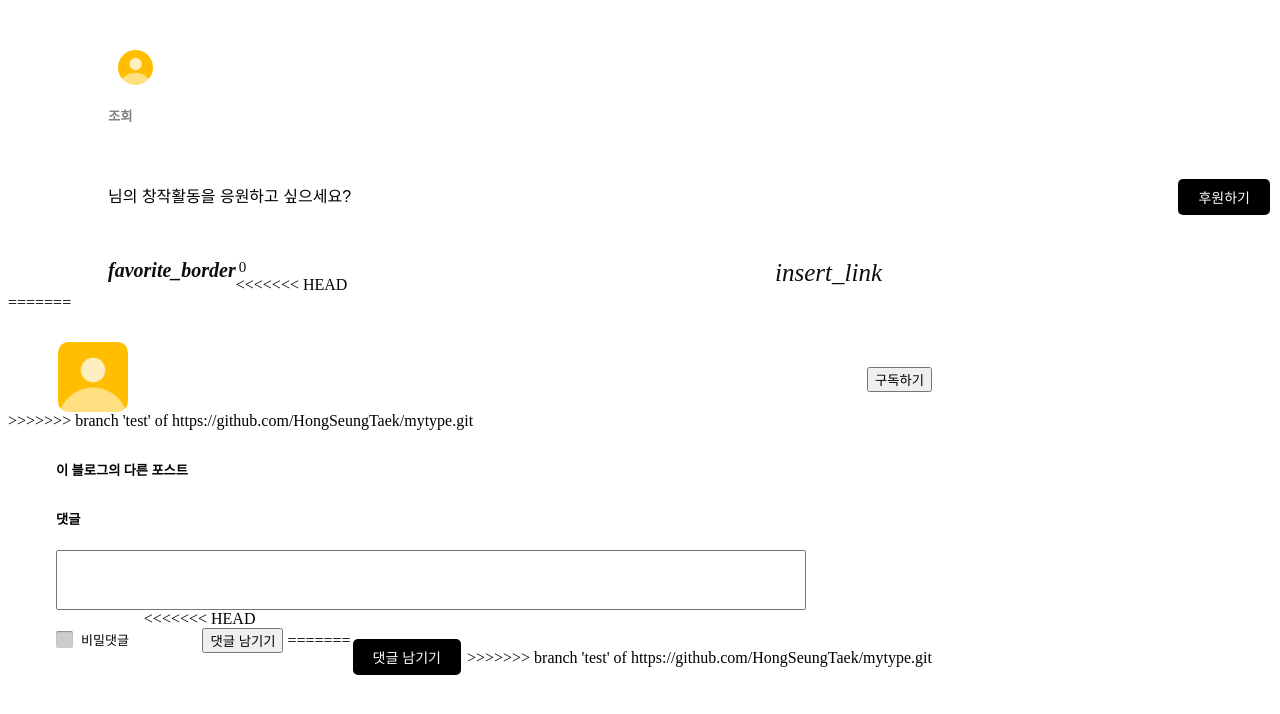
Repository: tiasilrans/N_Mytype
Page: http://localhost/workProject/WEB-INF/view/blog/post/postView.jsp
The author's editor kept a copy of each file at every save. The page is drawn from the files as they stood at one save, then again after the next save.
The browser window is 1280 px wide. The pictures show the whole page.
The page is served by Tomcat 9. Nobody is signed in. Other server files are loaded and not shown. The template is opened directly, without the code that normally fills it, so the values that code supplies are empty.

Above is the page before, as saved 2017-09-18 11:34:52.

### workProject/WebContent/WEB-INF/view/blog/post/postView.jsp
<%@ page language="java" contentType="text/html; charset=UTF-8"
    pageEncoding="UTF-8"%>
<%@ taglib prefix="c" uri="http://java.sun.com/jsp/jstl/core"%>
<link rel="stylesheet" href="/css/postviewcss.css">
<style>
input[type=checkbox] {
	display: none;
}

input[type=checkbox]+label {
	display: inline-block;
	cursor: pointer;
	position: relative;
	padding-left: 25px;
	margin-right: 15px;
	font-size: 13px;
}

input[type=checkbox]+label:before {
	content: "";
	display: inline-block;
	width: 17px;
	height: 17px;
	margin-right: 10px;
	position: absolute;
	left: 0;
	bottom: 1px;
	background-color: #ccc;
	border-radius: 2px;
	box-shadow: inset 0px 1px 1px 0px rgba(0, 0, 0, .3), 0px 1px 0px 0px
		rgba(255, 255, 255, .8);
}

input[type=checkbox]:checked+label:before {
	content: "\2714"; /* 체크모양 */
	text-shadow: 1px 1px 1px rgba(0, 0, 0, .2);
	font-size: 15px;
	font-weight: 800;
	color: #fff;
	background: #1a1a1a;
	text-align: center;
	line-height: 18px;
}
</style>

<div class="content" style="margin-top: 100px; margin-left: 100px; padding: 0px;">
	<div class="container">
		<div class="header">
			<div class="category" style="margin-bottom: 120px; margin-left: 3px;">
				<a style="color: black; font-family: sans-serif;" href="">${post.CATEGORY }</a>
			</div>

			<div style="margin-top: -70px;">
			<h1 class="title" style="font-family: sans-serif; font-weight: bold; color: black;">${post.TITLE }</h1>
			</div>
			<div class="subtitle" style="font-family: sans-serif; color: black; font-size: 18px; margin-left: 3px;">${post.SUBTITLE }</div>
			<div class="profile" style="margin-top: 45px;">
				<div class="media-profile">
                	<div class="media-left" style="margin: 10px;  vertical-align: middle;">
     						<img src="/images/avatar_yellow.png" class="media-object" style="width:45px; border-radius: 30px; width: 35px; height: 35px;">
   					</div>
    				<div class="media-body">
      					<h4 class="media-heading" style="font-family: sans-serif; color: black;">${post.NICKNAME }</h4>
     					<h4 style="font-family: sans-serif; color: #808080;"><small>${post.PDATE }</small> <small>조회 ${post.COUNT }</small></h4>
                	</div>
				</div>
			</div>
		</div>
		<div class="post-content" style="margin-top: 50px; color: black; font-family: sans-serif; font-weight: 700px;">
			<div class="free-content">
				${post.FCONTENT }
			</div>
			<c:choose>
				<c:when test="${post.CCONTENT ne ''}">
					<div class="charged-content">
						${post.CCONTENT }
					</div>
				</c:when>

			</c:choose>
		</div>
		<div class="support" style="display: table; width: 100%;">
			<div class="message" style="display: table-cell; vertical-align: middle; padding-right: .75rem; line-height: 1.25;
			font-family: sans-serif; color: black; font-weight: 800px;">
				${post.nickname }님의 창작활동을 응원하고 싶으세요?

			</div>
			<div style="display: table-cell;">
				<button class="button button1" style="float: right;">후원하기</button>
			</div>
		</div>
		<footer class="post-footer" style="margin-top: 40px;">
		<i class="material-icons" style="font-size: 20px; color: #0d0d0d; float: left; font-weight: bold;">favorite_border</i><span style="margin-left: 3px; color: #0d0d0d; font-size: 15px;">0</span>
		<i class="material-icons" title="링크복사" style="font-size: 25px; color: #0d0d0d; float: right; margin-right: 390px;">insert_link</i>
		</footer>
	</div>
</div>


<!-- 본문 아래 블로그 포스트 목록 * 댓글 -->

<aside class="container aside">
	<!-- 블로그 소개 섹션 -->
	<section class="">
<<<<<<< HEAD
		<div class="body blog-info">
			<div class="media">
				<div class="media-body">
				</div>
			</div>
=======
		<div class="body blog-info" style="margin-bottom: 30px; margin-top: 30px;">
			<div class="media" style="margin-left: 50px;">
				<img src="/images/avatar_yellow.png" style="border-radius: 15%; height: 70px; width: 70px;">
			</div>
			<div class="media-body">

			</div>
			<button class="btn btn-default" style="float: right; margin-right: 340px; margin-top: -45px;">구독하기</button>
>>>>>>> branch 'test' of https://github.com/HongSeungTaek/mytype.git
		</div>
	</section>
	<!-- 블로그 포스트 리스트 섹션 -->
	<section class="">
	<div style="margin-left: 48px; margin-bottom: 30px;">
	<h5>이 블로그의 다른 포스트</h5>
	</div>
	</section>
	<!-- 포스트 댓글 섹션 -->
	<section class="comments">
		<div class="body" style="margin-left: 48px;">
			<h5>댓글</h5>
			<div class="comments" id="comments">
				<form action="">
					<input type="hidden" value="" id="postNum">
					<textarea class="form-control autosize" name="content" id="mention" data-autosize-on="true"
						style="overflow: hidden; word-wrap: break-word; height: 60px; width: 750px; resize: none;"></textarea>
					<div class="clearfix">
	            		<div class="checkbox-wrap" style="float: left; margin-top: 20px;">
		                <input type="checkbox" id="notice" class="checkbox-style"/>
						<label for="notice">비밀댓글</label>
	            		</div>
<<<<<<< HEAD
		            	<div style="float: right;">
		                	<button class="btn btn-primary btn-create-comment">댓글 남기기</button>
=======
		            	<div style="float: right; margin-top: 7px; margin-right: 340px;">
		                	<button class="button button1">댓글 남기기</button>
>>>>>>> branch 'test' of https://github.com/HongSeungTaek/mytype.git
	           			</div>
        			</div>
				</form>
			</div>
		</div>

	</section>

</aside>

### workProject/WebContent/css/postviewcss.css
@CHARSET "utf-8";


.button {
	background-color: white; /*Green */
	border: none;
	color: white;
	padding: 8px 20px;
	text-align: center;
	text-decoration: none;
	display: inline-block;
	font-size: 14px;
	margin: 4px 2px;
	cursor: pointer;
	border-radius: 5px;
}

.button1 {
	background-color: black;
}



 a:link { color: white; text-decoration: none;}
 a:visited { color: white; text-decoration: none;}
 a:hover { color: white; text-decoration: none;}



 .clearfix::after {
    display: block;
    clear: both;
    content: "";
}

input[type=checkbox] {
	display: none;
}

input[type=checkbox]+label {
	display: inline-block;
	cursor: pointer;
	position: relative;
	padding-left: 25px;
	margin-right: 15px;
	font-size: 13px;
}

input[type=checkbox]+label:before {
	content: "";
	display: inline-block;
	width: 20px;
	height: 20px;
	margin-right: 10px;
	position: absolute;
	left: 0;
	bottom: 1px;
	background-color: #ccc;
	border-radius: 2px;
	box-shadow: inset 0px 1px 1px 0px rgba(0, 0, 0, .3), 0px 1px 0px 0px
		rgba(255, 255, 255, .8);
}

input[type=checkbox]:checked+label:before {
	content: "\2714"; /* 체크모양 */
	text-shadow: 1px 1px 1px rgba(0, 0, 0, .2);
	font-size: 18px;
	font-weight: 800;
	color: #fff;
	background: #1a1a1a;
	text-align: center;
	line-height: 18px;
}

After the next save:
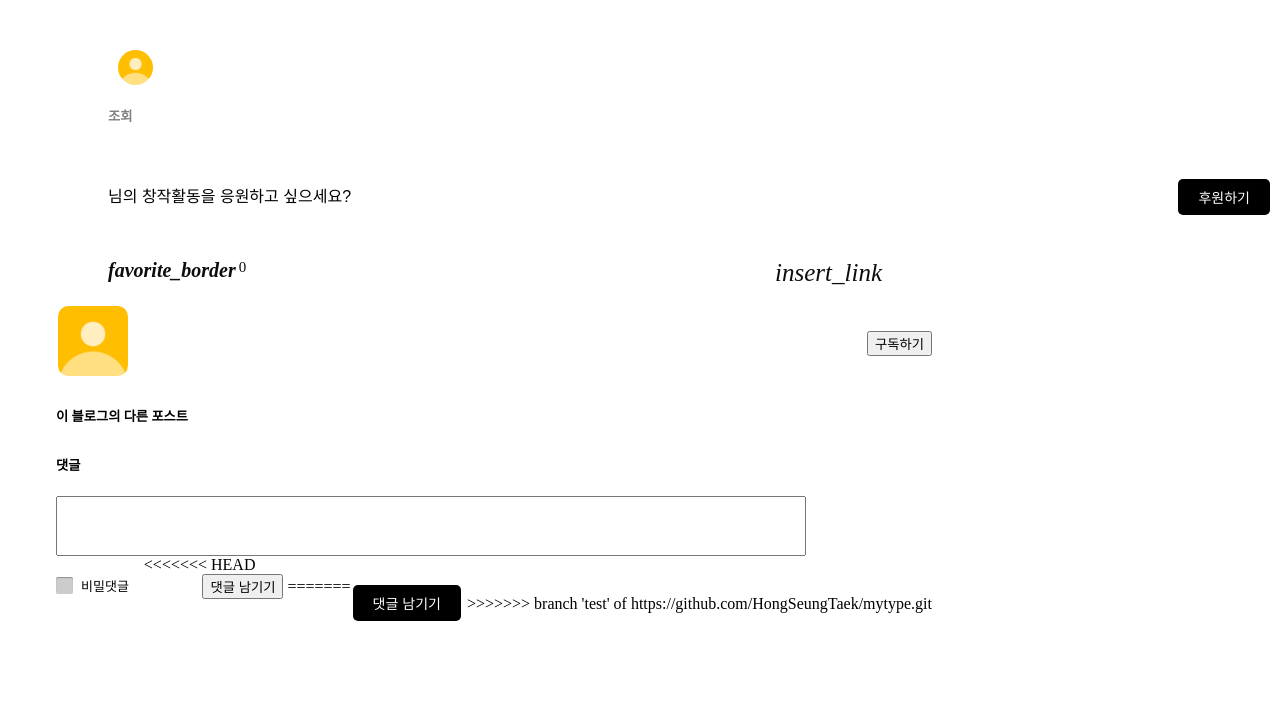
Saved 72 s later.
--- a/workProject/WebContent/WEB-INF/view/blog/post/postView.jsp
+++ b/workProject/WebContent/WEB-INF/view/blog/post/postView.jsp
@@ -102,13 +102,6 @@ input[type=checkbox]:checked+label:before {
 <aside class="container aside">
 	<!-- 블로그 소개 섹션 -->
 	<section class="">
-<<<<<<< HEAD
-		<div class="body blog-info">
-			<div class="media">
-				<div class="media-body">
-				</div>
-			</div>
-=======
 		<div class="body blog-info" style="margin-bottom: 30px; margin-top: 30px;">
 			<div class="media" style="margin-left: 50px;">
 				<img src="/images/avatar_yellow.png" style="border-radius: 15%; height: 70px; width: 70px;">
@@ -117,7 +110,6 @@ input[type=checkbox]:checked+label:before {
 
 			</div>
 			<button class="btn btn-default" style="float: right; margin-right: 340px; margin-top: -45px;">구독하기</button>
->>>>>>> branch 'test' of https://github.com/HongSeungTaek/mytype.git
 		</div>
 	</section>
 	<!-- 블로그 포스트 리스트 섹션 -->
